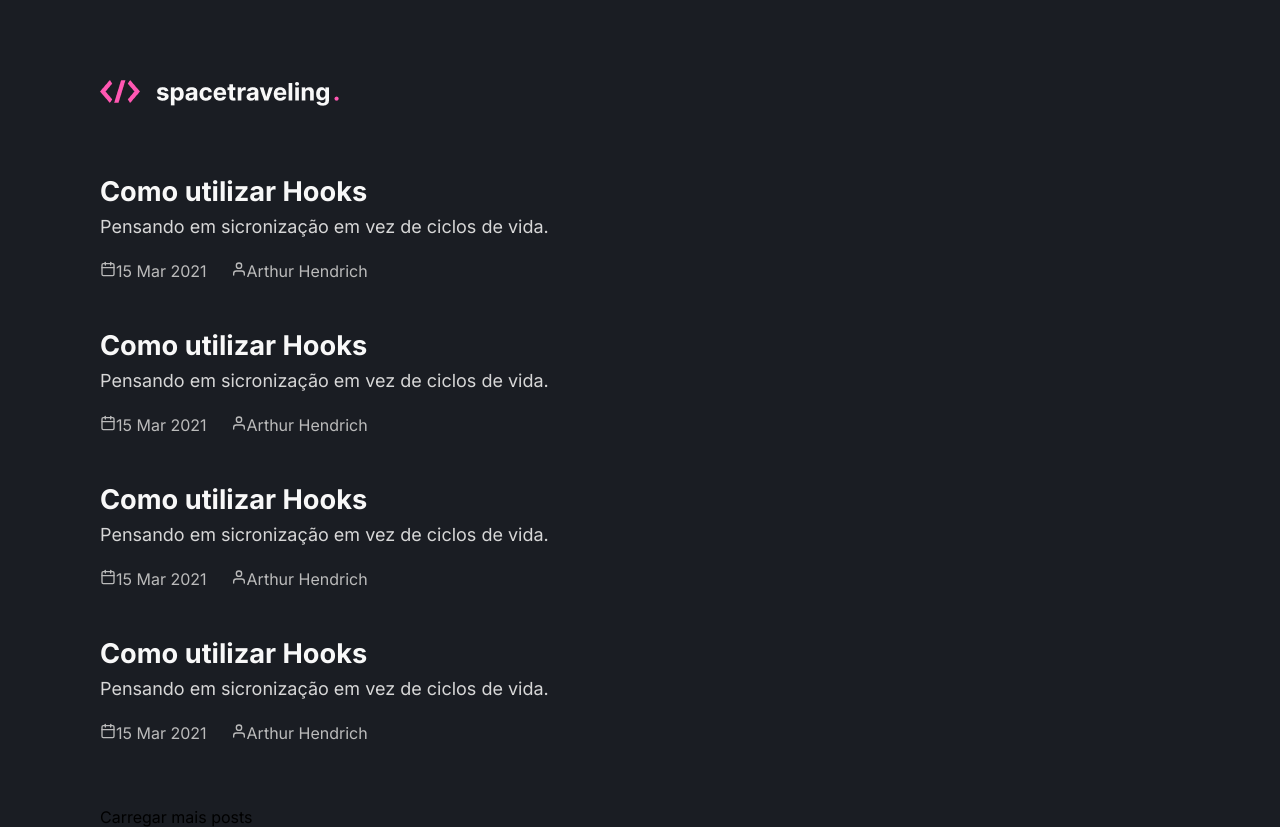
Repository: ArthurHendrich/Ignite-NextJS
Page: /
An editor plug-in stored every save of this project. The page is shown before and after the next save, followed by the edit.
The browser window is 1280 px wide. The pictures show the whole page.
The project was rebuilt for these pictures with package versions that can differ from the ones it lists, and the page was loaded fresh each time. The framework's server and built-in components were replaced by stand-ins that run in the browser.

Above is the page before, as saved 2022-07-09 15:53:16.

### src/pages/_document.tsx
import Document, { Head, Html, Main, NextScript } from 'next/document';

export default class MyDocument extends Document {
  render() {
    return (
      <Html>
        <Head>
          <link rel="preconnect" href="https://fonts.googleapis.com" />
          <link href="https://fonts.googleapis.com/css2?family=Inter:wght@400;600;700&display=swap" rel="stylesheet" />
        </Head>
        <body>
          <Main />
          <NextScript />
        </body>
      </Html>
    );
  }
}

### src/pages/index.tsx
import { GetStaticProps } from 'next';

import { getPrismicClient } from '../services/prismic';

import commonStyles from '../styles/common.module.scss';
import styles from './home.module.scss';
import { FiCalendar, FiUser } from 'react-icons/fi';

interface Post {
  uid?: string;
  first_publication_date: string | null;
  data: {
    title: string;
    subtitle: string;
    author: string;
  };
}

interface PostPagination {
  next_page: string;
  results: Post[];
}

interface HomeProps {
  postsPagination: PostPagination;
}

export default function Home() {
  return (
    <main className={commonStyles.Container}>
      <div className={styles.Container}>
        <h1>Como utilizar Hooks</h1>
        <p>Pensando em sicronização em vez de ciclos de vida.</p>
        <div className={styles.ContentInfo}>
          <div className={styles.Date}>
            <FiCalendar />
            <span>15 Mar 2021</span>
          </div>
          <div className={styles.Author}>
            <FiUser />
            <span>Arthur Hendrich</span>
          </div>
        </div>
        <h1>Como utilizar Hooks</h1>
        <p>Pensando em sicronização em vez de ciclos de vida.</p>
        <div className={styles.ContentInfo}>
          <div className={styles.Date}>
            <FiCalendar />
            <span>15 Mar 2021</span>
          </div>
          <div className={styles.Author}>
            <FiUser />
            <span>Arthur Hendrich</span>
          </div>
        </div>
        <h1>Como utilizar Hooks</h1>
        <p>Pensando em sicronização em vez de ciclos de vida.</p>
        <div className={styles.ContentInfo}>
          <div className={styles.Date}>
            <FiCalendar />
            <span>15 Mar 2021</span>
          </div>
          <div className={styles.Author}>
            <FiUser />
            <span>Arthur Hendrich</span>
          </div>
        </div>
        <h1>Como utilizar Hooks</h1>
        <p>Pensando em sicronização em vez de ciclos de vida.</p>
        <div className={styles.ContentInfo}>
          <div className={styles.Date}>
            <FiCalendar />
            <span>15 Mar 2021</span>
          </div>
          <div className={styles.Author}>
            <FiUser />
            <span>Arthur Hendrich</span>
          </div>
        </div>

      </div>
      <div className={styles.Button}>
        <button>Carregar mais posts</button>
      </div>
    </main>
  );
}

// export const getStaticProps = async () => {
//   const prismic = getPrismicClient({});
//   const postsResponse = await prismic.getByType(TODO);

//   TODO
// };

### src/components/Header/index.tsx
import styles from './header.module.scss';

export default function Header() {
  return (
    <header className={styles.Container}>
        <img src="images/Logo.png" alt="logo"/>
    </header>
  )
}

### src/styles/globals.scss
* {
  box-sizing: border-box;
  margin: 0;
  padding: 0;
}

:root {
  --Highlight: #FF57B2;
  --Heading: #F8F8F8;
  --Background: #1A1D23;
  --Info: #BBBBBB;
  --Body: #D7D7D7;
}


@media (max-width: 1080px) {
  html {
    font-size: 93.75%;
  }
}

@media (max-width: 720px) {
  html {
    font-size: 87.5%;
  }
}

body{
  background: var(--Background);
}

body, input, textarea, select, button {
  font: 400 1rem 'Inter', sans-serif;
}

button {
  cursor: pointer;
}

a {
  color: inherit;
  text-decoration: none;
}

### src/styles/common.module.scss
.Container {
  max-width: 1080px;
  margin: 0 auto;
}

### src/pages/home.module.scss
.Container {
  margin-top: 4.0625rem;

  h1 {
    font-size: 1.7rem;
    color: var(--Heading);
  }

  p {
    margin-top: 0.5rem;
    font-size: 1.125rem;
    color: var(--Body);
  }

  .ContentInfo {
    display: flex;
    align-items: center;
    color: var(--Info);
    margin-top: 1.5rem;
    margin-bottom: 3rem;

    .Date {
      margin-right: 1.5rem;
    }
  }
}

.Button {
  margin-top: 4rem;

  button {
    border: 0;
    background: transparent;
  }
}

### src/components/Header/header.module.scss
.Container {
  max-width: 1080px;
  margin: 0 auto;
  margin-top: 5rem;
}

Loaded but not shown: src/pages/_app.tsx (common file)

After the next save:
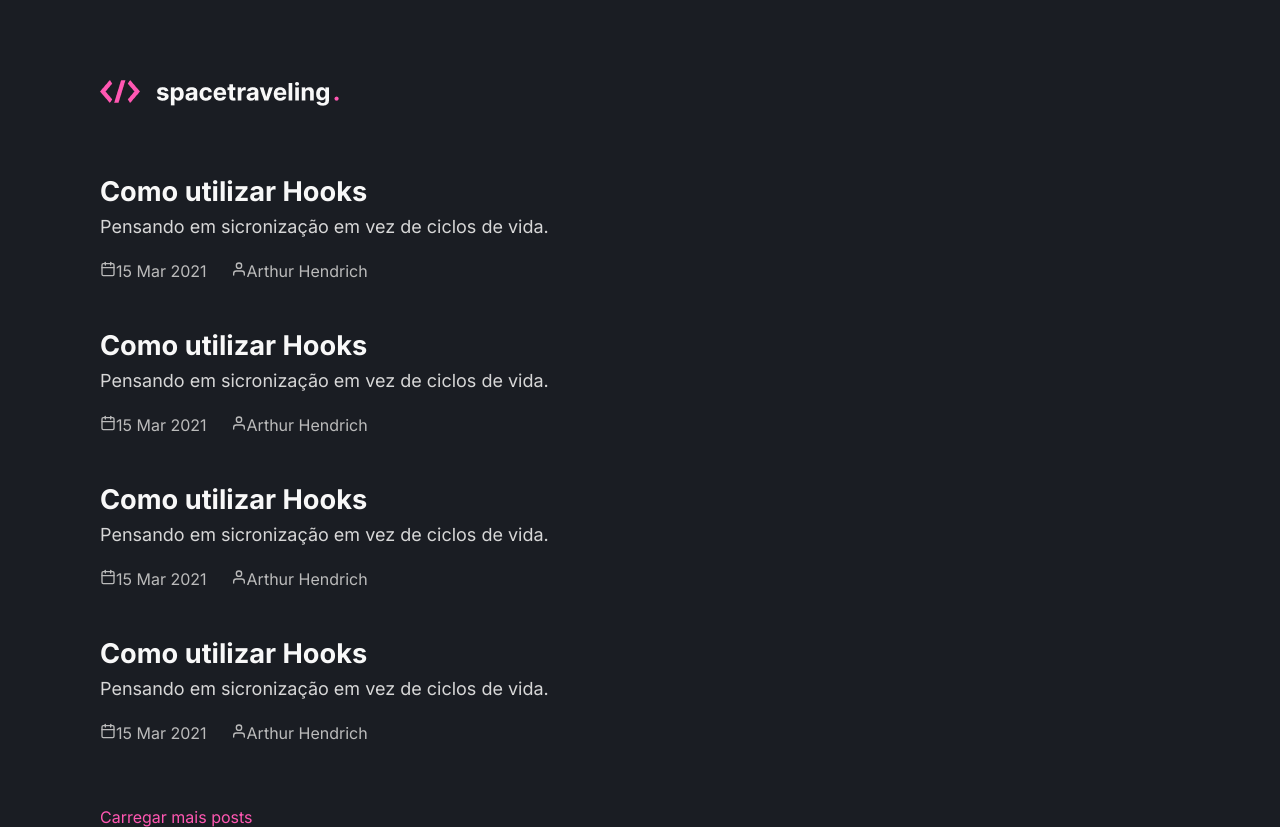
Saved 14 s later.
--- a/src/pages/home.module.scss
+++ b/src/pages/home.module.scss
@@ -31,5 +31,6 @@
   button {
     border: 0;
     background: transparent;
+    color: var(--Highlight);
   }
 }
